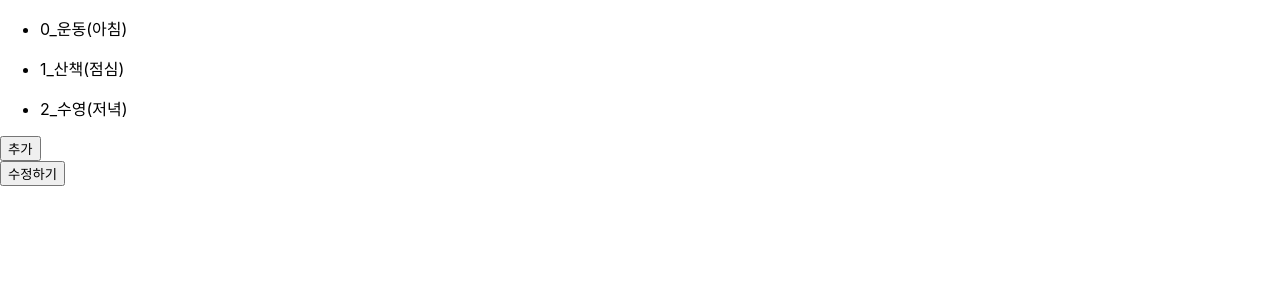
Repository: 0gunkim/REACT-TODO-PRAC
Page: / (app in todo/)
These files come from the project's save history. The page is drawn as it stood at one moment and after the next save; the edit follows.
The browser window is 1280 px wide. The pictures show the whole page.
The project was rebuilt for these pictures with package versions that can differ from the ones it lists, and the page was loaded fresh each time.

Above is the page before, as saved 2023-01-04 15:01:33.

After the next save:
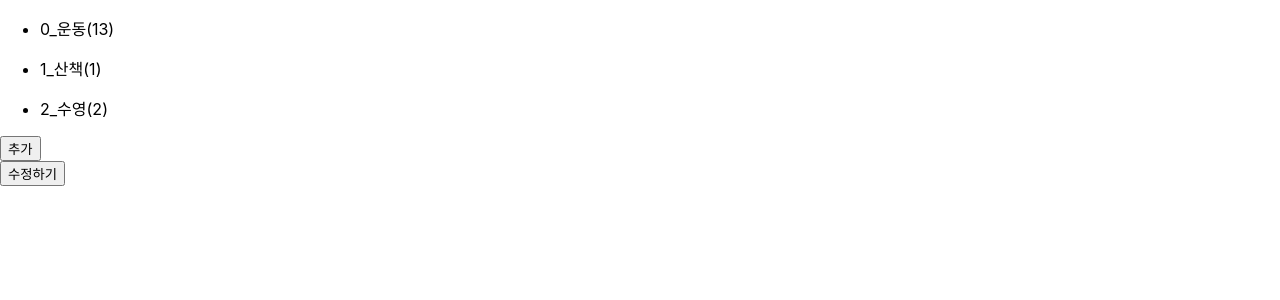
Saved 10 s later.
--- a/todo/src/util/initialTodo.js
+++ b/todo/src/util/initialTodo.js
@@ -2,16 +2,16 @@ export const initialTodo = [
 {
     id: 1,
     title: '운동',
-    time: '아침',
+    time: '13',
 },
 {
     id: 2,
     title: '산책',
-    time: '점심',
+    time: '1',
 },
 {
     id: 3,
     title: '수영',
-    time: '저녁',
+    time: '2',
 },
 ]
